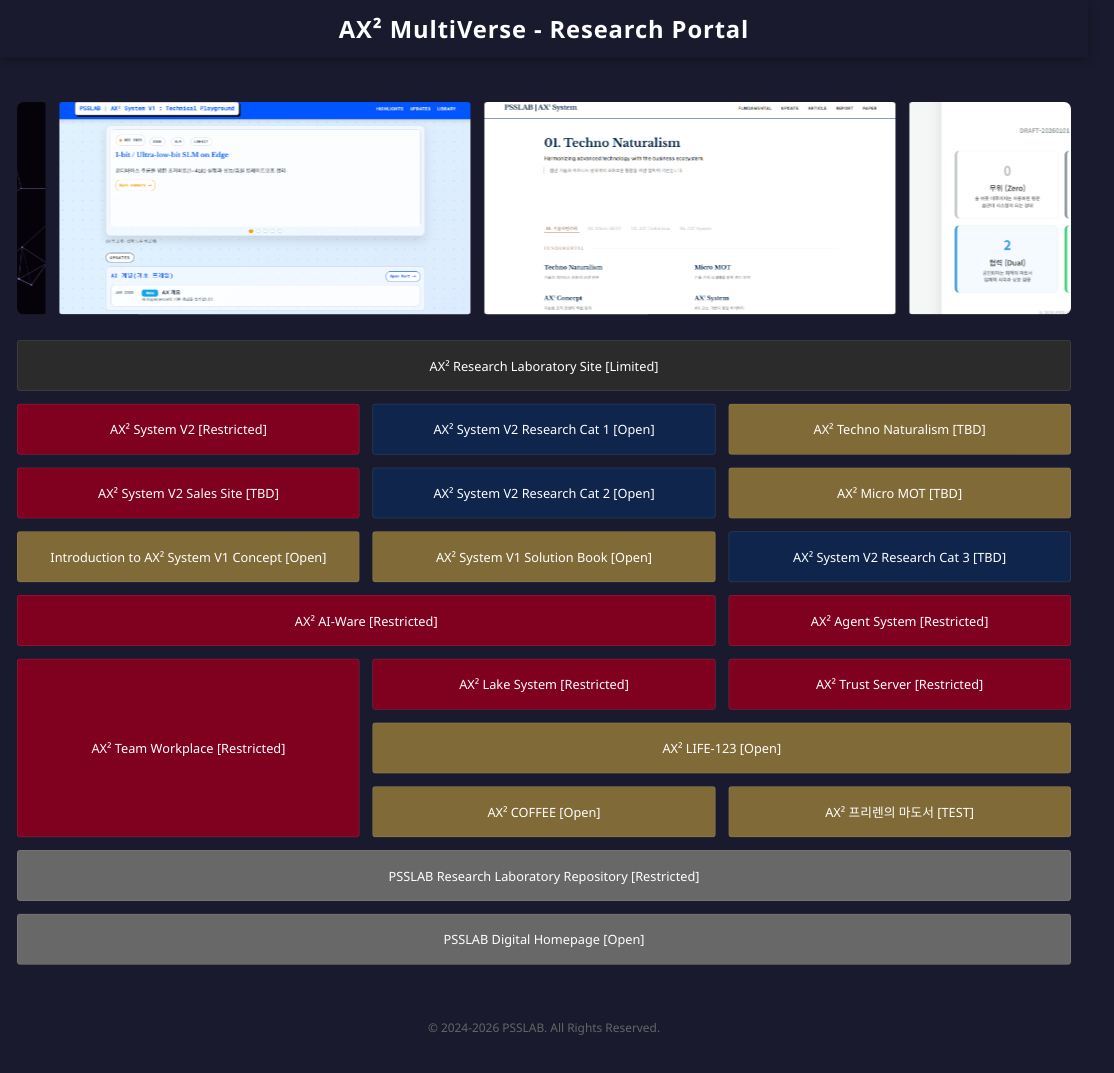
Repository: hycse89/PSSLAB_OpenSite
Page: psslab_multiverse_v3.html
An editor plug-in stored every save of this project. The page is shown before and after a run of saves, followed by the edit.
The browser window is 1280 px wide. The page is 1310 px wide, so the pictures cover 1310 px, including what lies to the right of the window. The pictures show the whole page, at 85% of full size.

Above is the page before, as saved 2026-01-11 21:51:27.

### psslab_multiverse_v3.html
<!DOCTYPE html>
<html lang="en">
<head>
    <meta charset="UTF-8">
    <meta name="viewport" content="width=device-width, initial-scale=1.0">
    <title>PSSLAB MultiVerse Campus - Mondrian Edition</title>

    <link rel="icon" type="image/png" href="favicon.png">

    <style>
        /* General Page Styles */
        body {
            margin: 0;
            background-color: #1a1a2e;
            font-family: 'Segoe UI', Arial, sans-serif;
            display: flex;
            flex-direction: column;
            align-items: center;
            min-height: 100vh;
            color: #ffffff;
        }

        /* Fixed Header */
        .header {
            position: fixed;
            top: 0;
            left: 0;
            width: 100%;
            background-color: #1a1a2e;
            color: #ffffff;
            z-index: 1000;
            padding: 15px 0;
            box-shadow: 0 2px 10px rgba(0,0,0,0.3);
        }

        .header h1 {
            font-size: 28px;
            margin: 0;
            text-align: center;
            letter-spacing: 1px;
        }

        /* Main content container */
        .main-content {
            margin-top: 100px;
            width: 100%;
            max-width: 1400px;
            display: flex;
            flex-direction: column;
            align-items: center;
            padding: 20px;
            box-sizing: border-box;
        }

        /* Image Slider Container */
        .slider-container {
            width: 100%;
            overflow: hidden;
            margin-bottom: 30px;
            border-radius: 8px;
        }

        .slider-wrapper {
            display: flex;
            width: calc(500px * 13);
            animation: scroll 60s linear infinite;
        }

        .slider-image {
            width: 500px;
            height: 250px;
            flex-shrink: 0;
            padding: 0 8px;
            box-sizing: border-box;
        }

        .slider-image img {
            width: 100%;
            height: 100%;
            object-fit: cover;
            border-radius: 4px;
        }

        @keyframes scroll {
            0% { transform: translateX(0); }
            100% { transform: translateX(calc(-500px * 11)); }
        }

        /* --- Mondrian Grid Layout System --- */
        .link-container {
            display: grid;
            /* 최소 너비 350px 확보 */
            grid-template-columns: repeat(auto-fill, minmax(350px, 1fr));
            /* 60px 단위의 눈금 설정 */
            grid-auto-rows: 60px;
            gap: 15px;
            width: 100%;
            /* 빈 공간을 최적으로 메워주는 설정 */
            grid-auto-flow: dense;
        }

        /* Link Button Base Style */
        .link-button {
            display: flex;
            align-items: center;
            justify-content: center;
            padding: 20px;
            font-size: 15px;
            color: white;
            text-decoration: none;
            border-radius: 4px;
            transition: all 0.3s cubic-bezier(0.25, 0.8, 0.25, 1);
            text-align: center;
            box-sizing: border-box;
            line-height: 1.4;
            border: 1px solid rgba(255,255,255,0.1);
        }

        .link-button:hover {
            transform: scale(1.01);
            filter: brightness(1.2);
            box-shadow: 0 5px 15px rgba(0,0,0,0.3);
            z-index: 2;
        }

        /* --- Mondrian Size Classes (Proportional) --- */
        /* 가로 비중 */
        .w-1 { grid-column: span 1; }
        .w-2 { grid-column: span 2; }
        .w-3 { grid-column: span 3; }

        /* 세로 비중 (60px의 배수) */
        .h-1 { grid-row: span 1; } /* 120px + gap */
        .h-2 { grid-row: span 2; } /* 240px + gap */
        .h-3 { grid-row: span 3; } /* 360px + gap */

        /* 특수 크기: 제목 강조형 */
        .size-hero { grid-column: span 2; grid-row: span 4; font-size: 1.2rem; font-weight: bold; }

        /* Button Colors */
        .color-1 { background-color: #0F254B; }
        .color-2 { background-color: #800020; }
        .color-3 { background-color: #806a37; }
        .color-4 { background-color: #2b2b2b; }
        .color-5 { background-color: #686868; }

        footer {
            width: 100%;
            padding: 30px;
            text-align: center;
            background-color: #1a1a2e;
            color: #666;
            font-size: 14px;
        }

        /* Responsive */
        @media (max-width: 768px) {
            .link-container { grid-template-columns: 1fr; }
            .w-2, .h-2, .h-3, .size-hero { grid-column: span 1; grid-row: span 2; }
        }
    </style>
</head>
<body>

    <header class="header">
        <h1>AX² MultiVerse - Research Portal</h1>
    </header>

    <main class="main-content">
        <div class="slider-container">
            <div class="slider-wrapper">
                <div class="slider-image"><img src="./images/Image2.png" alt="2"></div>
                <div class="slider-image"><img src="./images/Image21.png" alt="21"></div>
                <div class="slider-image"><img src="./images/Image22.png" alt="22"></div>
                <div class="slider-image"><img src="./images/Image31.png" alt="31"></div>
                <div class="slider-image"><img src="./images/Image32.png" alt="32"></div>
                <div class="slider-image"><img src="./images/Image11.png" alt="11"></div>
                <div class="slider-image"><img src="./images/Image3.png" alt="3"></div>
                <div class="slider-image"><img src="./images/Image4.png" alt="4"></div>
                <div class="slider-image"><img src="./images/Image5.png" alt="5"></div>
                <div class="slider-image"><img src="./images/Image1.png" alt="1"></div>
                <div class="slider-image"><img src="./images/Image2.png" alt="2"></div>
            </div>
        </div>

        <div class="link-container">
            <a href="https://hycse89.github.io/PSSLAB_OpenSite/ax2_research_lab/" class="link-button color-4 w-3 h-1">AX² Research Laboratory Site [Limited]</a>

            <a href="http://localhost:8008" class="link-button color-2 h-1">AX² System V2 [Restricted]</a>
            <a href="ax2_v1_20260101/index.html" class="link-button color-1 h-1">AX² System V2 Research Cat 1 [Open]</a>
            <a href="http://localhost:8001/utils/markdown_viewer.html?file=/ax_research/doc/doc_ax_techno_naturalism_v5.md" class="link-button color-3 h-1">AX² Techno Naturalism [TBD]</a>

            <a href="ax2_sales/index.html" class="link-button color-2 w-1 h-1">AX² System V2 Sales Site [TBD]</a>
            <a href="ax2_v2_20260101/index.html" class="link-button color-1 h-1">AX² System V2 Research Cat 2 [Open]</a>
            <a href="http://localhost:8001/utils/markdown_viewer.html?file=/ax_research/doc/doc_ax_micro_mot_v2.md" class="link-button color-3 h-1">AX² Micro MOT [TBD]</a>

            <a href="ax2_v1_concept/ax2_homepage.html" class="link-button color-3 h-1">Introduction to AX² System V1 Concept [Open]</a>

            <a href="ax2_v1_concept/solution_book/index.html" class="link-button color-3 h-1">AX² System V1 Solution Book [Open]</a>

            <a href="ax2_v3_20260101/index.html" class="link-button color-1 h-1">AX² System V2 Research Cat 3 [TBD]</a>

            <a href="http://localhost:8002" class="link-button color-2 w-2 h-1">AX² AI-Ware [Restricted]</a>
            <a href="http://localhost:8003" class="link-button color-2 h-1">AX² Agent System [Restricted]</a>
            <a href="http://localhost:8007" class="link-button color-2 h-3">AX² Team Workplace [Restricted]</a>
            <a href="http://localhost:8004" class="link-button color-2 h-1">AX² Lake System [Restricted]</a>
            <a href="http://localhost:8005" class="link-button color-2 h-1">AX² Trust Server [Restricted]</a>

            <a href="http://localhost:8001/ax_site/ax2_life_123/index.html" class="link-button color-3 w-2 h-1">AX² LIFE-123 [Open]</a>
            <a href="http://localhost:8001/ax_site/ax2_coffee/index.html" class="link-button color-3 h-1">AX² COFFEE [Open]</a>
            <a href="http://localhost:8001/ax_site/ax2_frieren/index.html" class="link-button color-3 h-1">AX² 프리렌의 마도서 [TEST]</a>

            <a href="https://github.com/hycse89" class="link-button color-5 w-3 h-1">PSSLAB Research Laboratory Repository [Restricted]</a>
            <a href="http://www.psslab.co.kr" class="link-button color-5 w-3 h-1">PSSLAB Digital Homepage [Open]</a>
        </div>
    </main>

    <footer>
        <p>&copy; 2024-2026 PSSLAB. All Rights Reserved.</p>
    </footer>

</body>
</html>

After the next 2 saves:
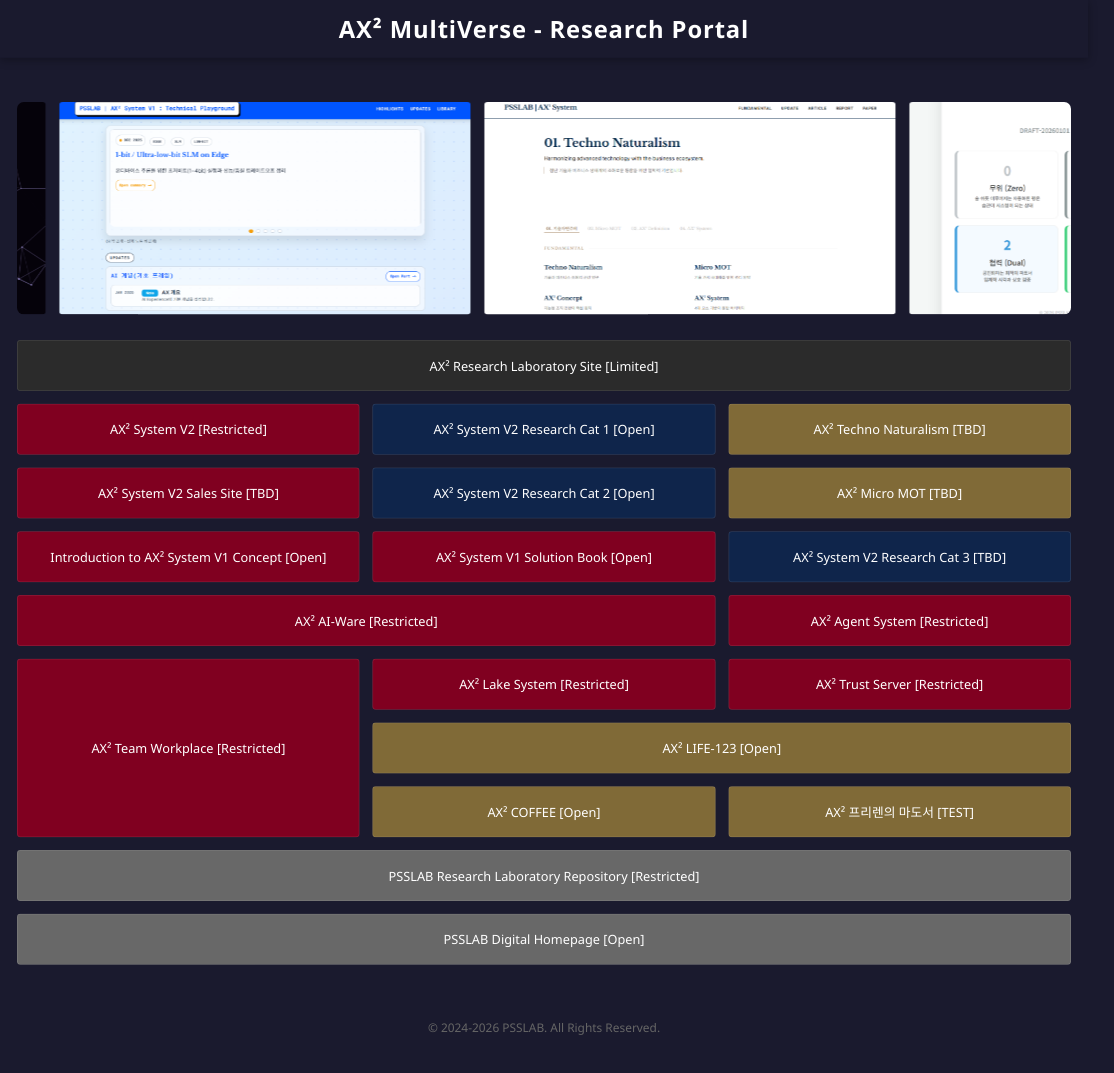
The 2 saves are shown as one change because they came seconds apart.
The last was saved 43 s later.
--- a/psslab_multiverse_v3.html
+++ b/psslab_multiverse_v3.html
@@ -194,9 +194,9 @@
             <a href="ax2_v2_20260101/index.html" class="link-button color-1 h-1">AX² System V2 Research Cat 2 [Open]</a>
             <a href="http://localhost:8001/utils/markdown_viewer.html?file=/ax_research/doc/doc_ax_micro_mot_v2.md" class="link-button color-3 h-1">AX² Micro MOT [TBD]</a>
 
-            <a href="ax2_v1_concept/ax2_homepage.html" class="link-button color-3 h-1">Introduction to AX² System V1 Concept [Open]</a>
-
-            <a href="ax2_v1_concept/solution_book/index.html" class="link-button color-3 h-1">AX² System V1 Solution Book [Open]</a>
+            <a href="ax2_v1_concept/ax2_homepage.html" class="link-button color-2 h-1">Introduction to AX² System V1 Concept [Open]</a>
+
+            <a href="ax2_v1_concept/solution_book/index.html" class="link-button color-2 h-1">AX² System V1 Solution Book [Open]</a>
 
             <a href="ax2_v3_20260101/index.html" class="link-button color-1 h-1">AX² System V2 Research Cat 3 [TBD]</a>
 
